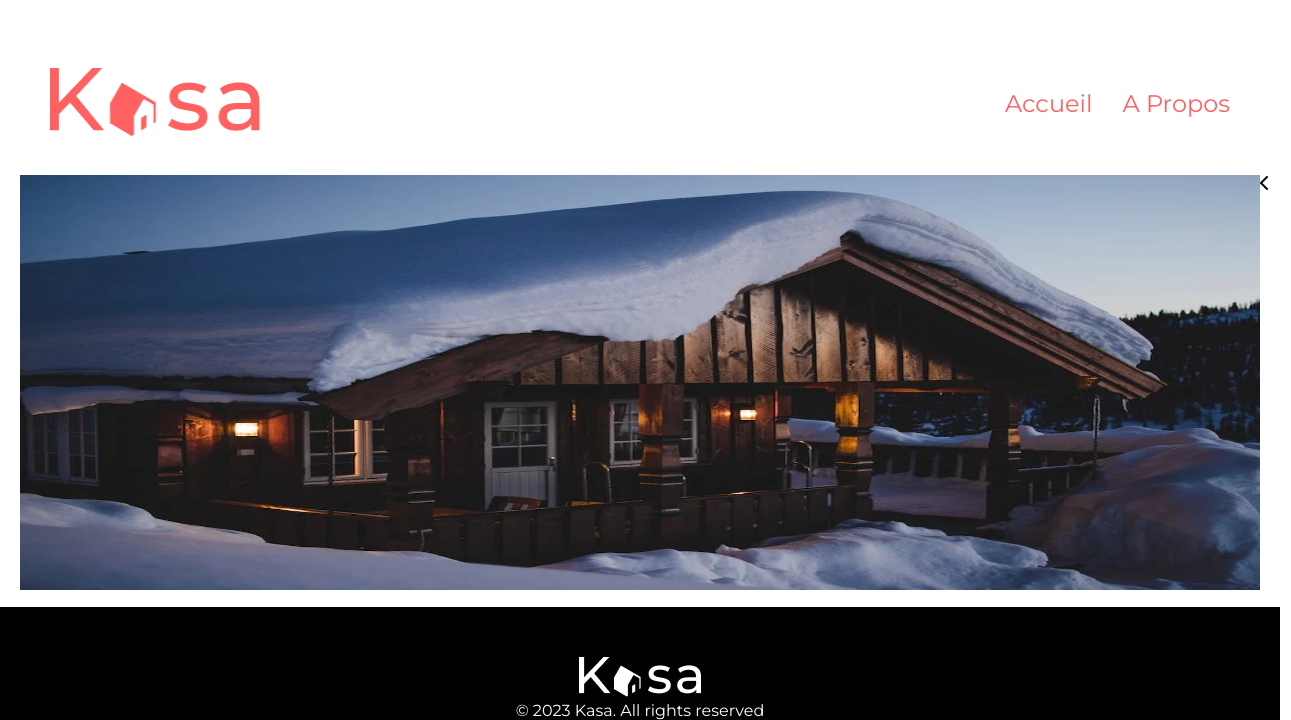
Repository: Ascaris29/Kasa_oc
Page: /essai (app in kasa_project/)
These files come from the project's save history. The page is drawn as it stood at one moment and after the next save; the edit follows.
The browser window is 1280 px wide. The page is 1291 px wide, so the pictures cover 1291 px, including what lies to the right of the window. The pictures show the whole page.
Some web libraries are served in a nearby version. The project was rebuilt for these pictures with package versions that can differ from the ones it lists, and the page was loaded fresh each time. Also part of the build but not shown: kasa_project/src/pages/homepage/Homepage.module.scss, kasa_project/src/pages/homepage/components/CardLogement.module.scss, kasa_project/src/pages/homepage/components/CardLogement.js, kasa_project/src/pages/homepage/Homepage.js, kasa_project/src/pages/404/404.module.scss, kasa_project/src/pages/404/404.js, kasa_project/src/pages/a_propos/APropos.module.scss, kasa_project/src/pages/a_propos/components/CardDescription.module.scss and 6 more.

Above is the page before, as saved 2023-03-16 16:03:25.

### kasa_project/public/index.html
<!DOCTYPE html>
<html lang="fr">
  <head>
    <meta charset="utf-8" />
    <link rel="icon" href="%PUBLIC_URL%/favicon.ico" />
    <meta name="viewport" content="width=device-width, initial-scale=1" />
    <meta name="theme-color" content="#000000" />
    <meta
      name="description"
      content="Web site created using create-react-app"
    />
    <link rel="apple-touch-icon" href="%PUBLIC_URL%/logo192.png" />
    <!--
      manifest.json provides metadata used when your web app is installed on a
      user's mobile device or desktop. See https://developers.google.com/web/fundamentals/web-app-manifest/
    -->

    <!----------------------------------------------------------- Fonts ----------------------------------------------------------------------->
    <link rel="preconnect" href="https://fonts.googleapis.com">
    <link rel="preconnect" href="https://fonts.gstatic.com" crossorigin>
    <link href="https://fonts.googleapis.com/css2?family=Montserrat:wght@400;500;600&family=Roboto&display=swap" rel="stylesheet">
    <!----------------------------------------------------------- Icons ----------------------------------------------------------------------->
    <script src="https://kit.fontawesome.com/e65359aae8.js" crossorigin="anonymous"></script>
    <!--
      Notice the use of %PUBLIC_URL% in the tags above.
      It will be replaced with the URL of the `public` folder during the build.
      Only files inside the `public` folder can be referenced from the HTML.

      Unlike "/favicon.ico" or "favicon.ico", "%PUBLIC_URL%/favicon.ico" will
      work correctly both with client-side routing and a non-root public URL.
      Learn how to configure a non-root public URL by running `npm run build`.
    -->
    <title>Kasa</title>
  </head>
  <body>
    <noscript>You need to enable JavaScript to run this app.</noscript>
    <div id="root"></div>
    <!--
      This HTML file is a template.
      If you open it directly in the browser, you will see an empty page.

      You can add webfonts, meta tags, or analytics to this file.
      The build step will place the bundled scripts into the <body> tag.

      To begin the development, run `npm start` or `yarn start`.
      To create a production bundle, use `npm run build` or `yarn build`.
    -->
  </body>
</html>

### kasa_project/src/index.js
import React from 'react';
import ReactDOM from 'react-dom/client';
import App from './App';
import reportWebVitals from './reportWebVitals';
import './assets/styles/index.scss';
import { RouterProvider } from 'react-router-dom';
import { router } from "./router";

const root = ReactDOM.createRoot(document.getElementById('root'));
root.render(
  <React.StrictMode>
    <RouterProvider router={router} />
  </React.StrictMode>
);

// If you want to start measuring performance in your app, pass a function
// to log results (for example: reportWebVitals(console.log))
// or send to an analytics endpoint. Learn more: https://bit.ly/CRA-vitals
reportWebVitals();

### kasa_project/src/App.js
import Header from "./components/header/Header";
import Footer from "./components/footer/Footer";
import style from "./App.module.scss";
import Homepage from "./pages/homepage/Homepage";
import { Outlet } from "react-router-dom";

function App() {
  return (
      <div className={`${style.app} d-flex flex-column`}>
        <Header />
          <Outlet />
        <Footer />
      </div>
  );
}

export default App;

### kasa_project/src/assets/styles/index.scss
@use './base';
@use './flex';
@use './mixins';
@use './utils';
@use './variables';

### kasa_project/src/router.js
import { createBrowserRouter } from 'react-router-dom';
import App from './App';
import Error404 from './pages/404/404';
import APropos from './pages/a_propos/APropos';
import Homepage from './pages/homepage/Homepage';
import Caroussel from './pages/logement/components/caroussel/Caroussel';
import FicheLogement from './pages/logement/FicheLogement';


export const router = createBrowserRouter([
    {
        path : "/",
        element : <App />,
        errorElement: <Error404 />,
        children : [
            {
                path : "/",
                element : <Homepage />
            } ,
            {
                path : "/homepage",
                element : <Homepage />
            },
            {
                path: "/apropos",
                element : <APropos />
            },
            {
                path: "/logement/:id",
                element : <FicheLogement />
            },
            {
                path: "/essai",
                element: <Caroussel />
            }
        ],
    }
])

### kasa_project/src/components/header/Header.js
import image from "../../assets/images/logo_header.png";
import style from "./Header.module.scss";
import { Link, NavLink } from "react-router-dom";

export default function Header(){
    return (
        <header className={`${style.header} d-flex justify-between align-center`}>
            <Link className={`${style.headerIcon}`} to="/homepage">
                <img src={image} alt="logo du site Kasa representant une maison"/>
            </Link>
            <div className={`${style.headerNav}`}>
                <ul className="d-flex">
                    <NavLink
                    className={`${style.headerItems} m-r-30`}
                    to="/homepage"
                    end
                    >
                    Accueil
                    </NavLink>
                    <NavLink
                    className={`${style.headerItems}`}
                    to="/apropos"
                    >
                    A Propos
                    </NavLink>
                </ul>
            </div>
        </header>
    )
}

### kasa_project/src/components/footer/Footer.js
import style from "./Footer.module.scss";
import image from "../../assets/images/logo_footer.png";

export default function Footer(){
    return (
        <footer className={`${style.footer} d-flex p-t-50 flex-column justify-center align-center`}>
            <div className={`${style.footerLogo} `}>
                <img src={image} alt="" />
            </div>
            <div className="footerText">
                <p>© 2023 Kasa. All rights reserved</p>
            </div>
        </footer>
    )
}

### kasa_project/src/App.module.scss
.app{
    min-height:100vh;
}

### kasa_project/src/assets/styles/_base.scss

*{
    box-sizing: border-box;
}

body{
    margin:0;
    padding:0;
    font-family: var(--montserrat);

}

p{
    margin:0;
}

li{
    list-style-type: none;

}

.link{
    color:var(--primary);
    font-size:18px;
}

.active{
    text-decoration:underline;
}

### kasa_project/src/assets/styles/_flex.scss
.d-flex{
    display: flex;
}

.flex-column{
    flex-direction : column;
}

.flex-row{
    flex-direction: row;
}

.justify-center{
    justify-content: center;
}

.align-center{
    align-items: center;
}

.flex-fill{
    flex : 1 1 auto;
}

.justify-between{
    justify-content: space-between;
}

### kasa_project/src/assets/styles/_mixins.scss
@mixin xs{
    @media (max-width:576px){
        @content;
    }
}

@mixin sm{
    @media (min-width : 577px) and (max-width : 768px){
        @content;
    }
}

@mixin sm-lt{
    @media (max-width : 768px){
        @content;
    }
}

@mixin md{
    @media (min-width : 769px) and (max-width : 992px){
        @content;
    }
}

@mixin md-lt{
    @media (max-width : 992px){
        @content;
    }
}

@mixin lg{
    @media (min-width : 993px) and (max-width : 1200px){
        @content;
    }
}

@mixin lg-lt{
    @media (max-width : 1200px){
        @content;
    }
}

@mixin xl{
    @media (min-width : 1201px){
        @content;
    }
}

### kasa_project/src/assets/styles/_utils.scss
/*------------------------------------ General ------------------------------*/
.container{
    max-width:1200px;
    margin: auto;
    width:100%;
}
.card{

}
.calc{
    position:fixed;
    top:0;
    left:0;
    width:100%;
    height:100vh;
}

/*------------------------------------ Padding ------------------------------*/
.p-5{
    padding: 5px;
}
.p-10{
    padding:10px;
}
.p-20{
   padding:20px;
}
.p-30{
    padding:30px;
}
.p-40{
    padding:40px;
}
.p-50{
    padding:50px;
}

.p-b-5{
   padding-bottom: 5px;
}
.p-b-10{
   padding-bottom: 10px;
}
.p-b-20{
    padding-bottom: 20px;
}
.p-b-30{
    padding-bottom: 30px;
}
.p-b-40{
    padding-bottom: 40px;
}
.p-b-50{
    padding-bottom: 50px;
}


.p-t-5{
    padding-top: 5px;
}
.p-t-10{
    padding-top: 10px;
}
.p-t-20{
     padding-top: 20px;
}
.p-t-30{
     padding-top: 30px;
}
.p-t-40{
    padding-top: 40px;
}
.p-t-50{
    padding-top: 50px;
}


.p-l-5{
    padding-left: 5px;
}
.p-l-10{
    padding-left: 10px;
}
.p-l-20{
     padding-left: 20px;
}
.p-l-30{
     padding-left: 30px;
}
.p-l-40{
    padding-left: 40px;
}
.p-l-50{
    padding-left: 50px;
}



.p-r-5{
    padding-right: 5px;
}
.p-r-10{
    padding-right: 10px;
}
.p-r-20{
     padding-right: 20px;
}
.p-r-30{
     padding-right: 30px;
}
.p-r-40{
    padding-right: 40px;
}
.p-r-50{
    padding-right: 50px;
}


/*------------------------------------------------ Margin -------------------------------------------*/

.m-auto{
    margin:auto;
}
.m-5{
    margin: 5px;
}
.m-10{
    margin:10px;
}
.m-20{
   margin:20px;
}
.m-30{
    margin:30px;
}
.m-40{
    margin:40px;
}
.m-50{
    margin:50px;
}



.m-b-5{
    margin-bottom: 5px;
}
.m-b-10{
    margin-bottom: 10px;
}
.m-b-20{
    margin-bottom: 20px;
}
.m-b-30{
    margin-bottom: 30px;
}
.m-b-40{
    margin-bottom: 40px;
}
.m-b-50{
    margin-bottom: 50px;
}



.m-t-5{
    margin-top: 5px;
}
.m-t-10{
    margin-top: 10px;
}
.m-t-20{
     margin-top: 20px;
}
.m-t-30{
     margin-top: 30px;
}
.m-t-40{
    margin-top: 40px;
}
.m-t-50{
    margin-top: 50px;
}




.m-l-5{
    margin-left: 5px;
}
.m-l-10{
    margin-left: 10px;
}
.m-l-20{
     margin-left: 20px;
}
.m-l-30{
     margin-left: 30px;
}
.m-l-40{
    margin-left: 40px;
}
.m-l-50{
    margin-left: 50px;
}




.m-r-5{
    margin-right: 5px;
}
.m-r-10{
    margin-right: 10px;
}
.m-r-20{
     margin-right: 20px;
}
.m-r-30{
     margin-right: 30px;
}
.m-r-40{
    margin-right: 40px;
}
.m-r-50{
    margin-right: 50px;
}

### kasa_project/src/assets/styles/_variables.scss

/*----------------------------------------------------------------------------Color-----------------------------------------------------------------*/

:root{
    --primary: #FF6060;
    --grey1:#F6F6F6;
    --grey2: #E3E3E3;
    --grey3:#C4C4C4;
    --black: #010101;
    /*----------------------------------------------------------------------------Font-----------------------------------------------------------------*/
    --montserrat : 'Montserrat', sans-serif;
    --radius:25px;
}

### kasa_project/src/pages/logement/components/caroussel/Caroussel.js
import { useState } from "react";
import style from "./Caroussel.module.scss";

import img1 from "../../../../assets/images/pexels-photo-950058.webp";
import img2 from "../../../../assets/images/pexels-photo-1013427.jpeg";
import img3 from "../../../../assets/images/pexels-photo-1612351.jpeg";

export default function Caroussel(){

    //importer les images de l'api
    const arrayImage = [
        img1,
        img2,
        img3
    ];

    const [index, setIndex] = useState(0);

    //console.log(arrayImage);
    function handleClickCarousselPrev(){
        if(index > 0 && index < arrayImage.length){
            let i = index - 1;
            setIndex(i);
        }else{
            setIndex(arrayImage.length -1);
        }
    }

    function handleClickCarousselAfter(){
        if(index < arrayImage.length){
            let i = index + 1;
            setIndex(i);
        };
    }

    //a voir avec julien
    if(index === arrayImage.length){
        setIndex(0)
    }

    return (
        <div className={`${style.caroussel}`}>
            { arrayImage.map((item, i) =>
                i === index && ( <img src={item} alt="" className={`${style.carousselImage}`}/> )
            )}
            <i className={`${style.chevronLeft} fa-solid fa-chevron-left`} onClick={handleClickCarousselPrev}></i>
            <i className={`${style.chevronRight} fa-solid fa-chevron-right`} onClick={handleClickCarousselAfter}></i>
        </div>
    )



}

### kasa_project/src/components/header/Header.module.scss
@use "../../assets/styles/mixins" as mixin;

.header{
    max-width:1240px;
    margin:auto;
    width:100%;
    padding:50px 30px 0 30px;
    .headerIcon{
        img{
            width:210px;
            height:68px;
            @include mixin.sm-lt{
                width:145px;
                height:47px;
            }
            @include mixin.xs{
                width:99px;
                height:35px;
            }
        }
    }

}
/*sorti de la classe header car sinon je ne peux pas mettre de classe active dessus*/
.headerItems{
    color:var(--primary);
    text-decoration:none;
    cursor:pointer;
    font-size:24px;
    @include mixin.sm-lt{
        font-size:20px;
    }
    @include mixin.xs{
        font-size:15px;
    }
}

### kasa_project/src/components/footer/Footer.module.scss
.footer{
    background-color:var(--black);
    color:white;
    .footerLogo{
        img{
            width:122px;
            height:40px;
        }
    }
}

### kasa_project/src/pages/logement/components/caroussel/Caroussel.module.scss
.caroussel{
    max-width:1240px;
    margin:auto;
    position:relative;
    width:100%;
    height:415px;
    .carousselImage{
        width:100%;
        height:100%;
    }
    .chevronRight{
        position:absolute;
        top:50%;
        left:100%;
        font-size:50px;
        color:white;
    }
    .chevronLeft{
        position:absolute;
    }
}

Loaded but not shown: kasa_project/src/reportWebVitals.js (common file)

After the next save:
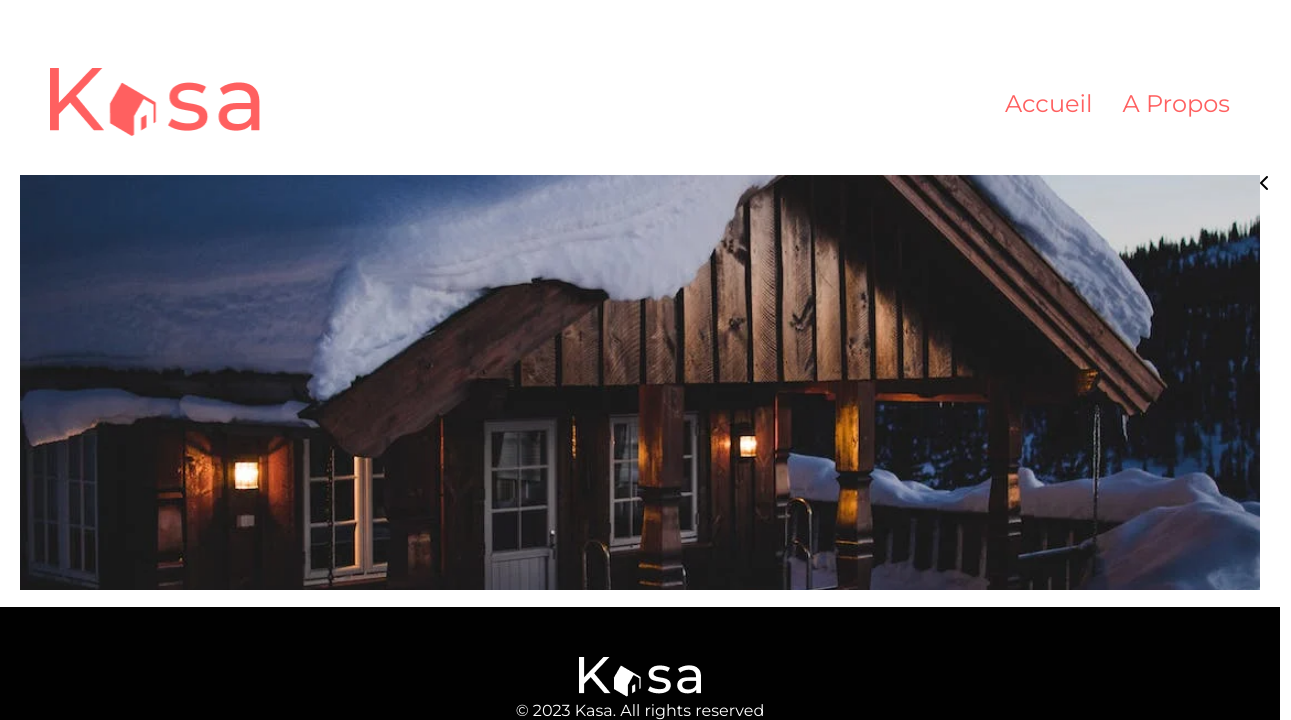
Saved 15 s later.
--- a/kasa_project/src/pages/logement/components/caroussel/Caroussel.module.scss
+++ b/kasa_project/src/pages/logement/components/caroussel/Caroussel.module.scss
@@ -7,6 +7,7 @@
     .carousselImage{
         width:100%;
         height:100%;
+        object-fit:cover;
     }
     .chevronRight{
         position:absolute;
